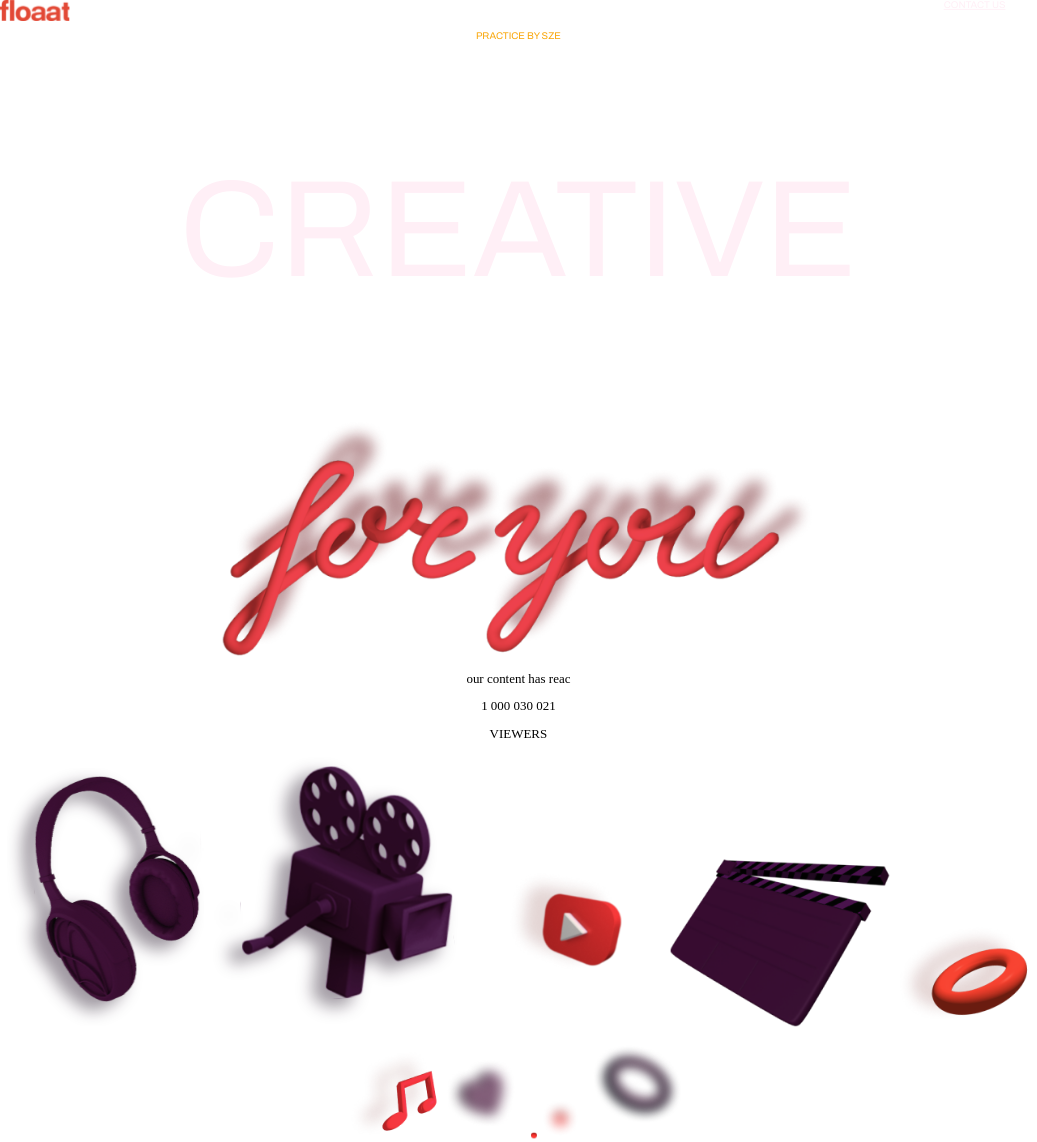
Repository: skydevil1604/next-page-no-adaptive
Page: app/index.html
These files come from the project's save history. The page is drawn as it stood at one moment and after the next save; the edit follows.
The browser window is 1280 px wide. The pictures show the whole page, at 81% of full size.
Some web libraries are served in a nearby version. The style sheet was rebuilt from its Sass, Less or Tailwind sources for each picture, by a compiler version that may differ from the author's.

Above is the page before, as saved 2020-01-03 02:39:40.

### app/index.html
<!DOCTYPE html>
<html lang="en">
<head>
    <meta charset="UTF-8">
    <meta name="viewport" content="width=device-width, initial-scale=1.0">
    <meta http-equiv="X-UA-Compatible" content="ie=edge">
    <link rel="stylesheet" href="css/main.css">
    <link href="https://fonts.googleapis.com/css?family=Archivo&display=swap" rel="stylesheet">
    <title>Floaat</title>
</head>
<body>
    <div id="preloader">
        <div class="dws-progress-bar"></div>
    </div>
<div class="wrapper">
            <section class="panel main-first-screen main-page">
                <div class="inner">
                    <header class="header">
                        <a href="#" class="header__logo">
                            <img src="../img/logo.svg" alt="floaat-logo">
                        </a>
                        <nav class="navigation">
                            <a href="#" class="navigation__link">CONTACT US</a>
                            <div class="navigation__button">
                                <span></span>
                                <span></span>
                                <span></span>
                                <span></span>
                            </div>
                        </nav>
                    </header>
                    <div class="main-content">
                        <p class="main-content__paragraph">practice by SZE</p>
                        <h1 class="main-content__header">CREATIVE</h1>
                        <img src="img/for-you.png" alt="">
                    </div>
                    <div class="viewers">
                        <p class="viewers__main-paragraph">our content has reac</p>
                        <div class="viewers__count">1 000 030 021</div>
                        <p class="viewers__footer-paragraph">VIEWERS</p>
                    </div>
                    <img src="img/headphones.svg" alt="">
                    <img src="img/cinema.svg" alt="">
                    <img src="img/youtube3.png" alt="">
                    <img src="img/CLAQUETA_basica.png" alt="">
                    <img src="img/torus.png" alt="">
                    <img src="img/note2.png" alt="">
                    <img src="img/heart22.png" alt="">
                    <img src="img/dot.svg" alt="">
                    <img src="img/dot2.png" alt="">
                    <img src="img/torus3.png" alt="">

                </div>
            </section>

            <section class="panel main-second-screen clients"></section>
            <section class="panel main-third-screen our-works"></section>
            <section class="panel main-fourth-screen our-team"></section>
</div>





<script src="https://cdnjs.cloudflare.com/ajax/libs/jquery/3.4.1/jquery.min.js"></script>
<script src="https://cdnjs.cloudflare.com/ajax/libs/gsap/1.11.7/TweenMax.min.js"></script>
<script src="//cdnjs.cloudflare.com/ajax/libs/ScrollMagic/2.0.7/ScrollMagic.min.js"></script>
<script src="//cdnjs.cloudflare.com/ajax/libs/ScrollMagic/2.0.7/plugins/debug.addIndicators.min.js"></script>
</body>
</html>

### app/sass/main.scss
.dws-progress-bar {
    position: absolute;
    top: 50%;
    left: 50%;
    transform: translate(-50%, -50%);
    z-index: 100;
   }
   .progress-percentage {
    position: absolute;
    top: 50%;
    left: 50%;
    transform: translate(-50%, -50%);
    font-size: 40px;
    font-family: "Verdana", sans-serif;
    font-weight: bold;
    color: #25ffe4;
   }
   #preloader {
    position: fixed;
    left: 0;
    top: 0;
    right: 0;
    bottom: 0;
    z-index: 100;
    background-image: url(../img/preloader.jpg);
    background-repeat: no-repeat;
    background-size: cover;
    display: none;
   }



   html * {
    text-rendering: optimizeLegibility;
    -webkit-font-smoothing: antialiased;
    -moz-osx-font-smoothing: grayscale;
    box-sizing: border-box;
   }
   html,
   body {
    margin: auto 0;
    padding: 0;
    text-align: center;
    cursor: url(../img/cursor-dot.svg);
    box-sizing: border-box;
   }
   .main-preloader {
    position: fixed;
    width: 100%;
    height: 100%;
    left: 0;
    top: 0;
    z-index: 999999999;
    background-color: #000;
    text-align: center;
   }
   .main-preloader .main-preloader-inner {
    position: absolute;
    top: 50%;
    width: 100%;
   }
   .main-preloader .preloader-percentage {
    color: #ffffff;
    margin: 0;
   }
   .main-preloader .preloader-percentage span {
    display: inline-block;
    font-size: 50px;
   }

.wrapper {
    width: 100%;
}

.panel {
    width: 100%;
    & .main-page {
        background-image: url(../images/main-bg.jpg);
        height: 880px;
    }
    & .inner {
        max-width: 1330px;
        margin: 0 auto;
    }
}

.header {
    display: flex;
    justify-content: space-between;
    &__logo {
        width: 86px;
        height: 26px;
    }
}

.navigation {
    display: flex;
    width: 115px;
    justify-content: space-between;
        &__link {
            font-family: 'Archivo', sans-serif;
            font-style: normal;
            font-weight: bold;
            font-size: 12px;
            line-height: 13px;
            text-transform: uppercase;
            color: #FFEFF6;
        }
        &__button span {
            background-image: url(../img/dot.svg);
        }
}

.main-content {
    &__header {
        font-family: 'Archivo', sans-serif;
        font-style: normal;
        font-weight: normal;
        font-size: 170px;
        line-height: 185px;
        text-align: center;
        text-transform: uppercase;
        color: #FFEFF6;
    }
    &__paragraph {
        font-family: 'Archivo', sans-serif;
        font-style: normal;
        font-weight: bold;
        font-size: 12px;
        line-height: 13px;
        text-transform: uppercase;
        color: #F9A608;
        text-align: center;
    }
}

After the next save:
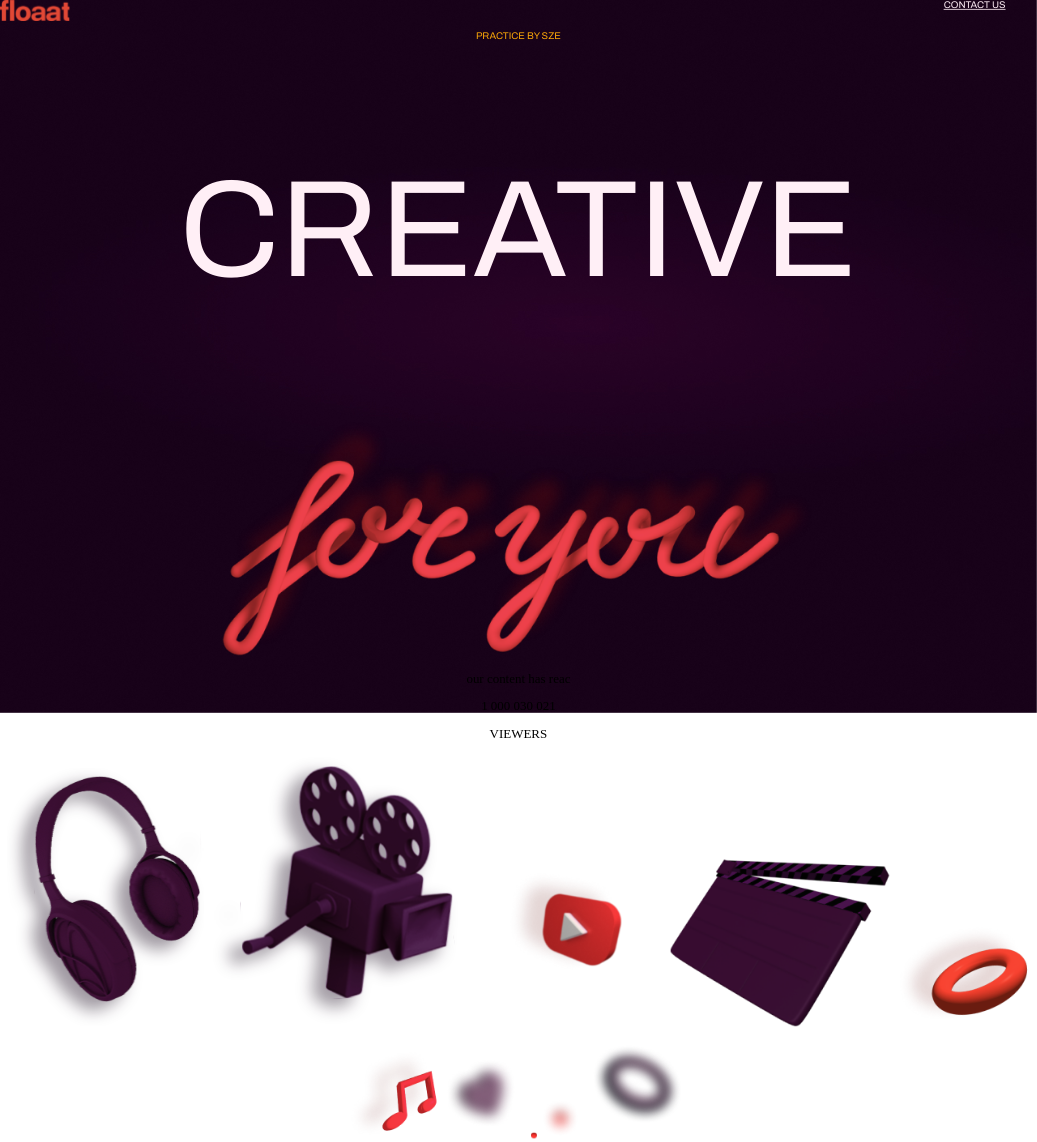
Saved 5 min 50 s later.
--- a/app/sass/main.scss
+++ b/app/sass/main.scss
@@ -74,7 +74,7 @@
 
 .panel {
     width: 100%;
-    & .main-page {
+    &.main-page {
         background-image: url(../images/main-bg.jpg);
         height: 880px;
     }
